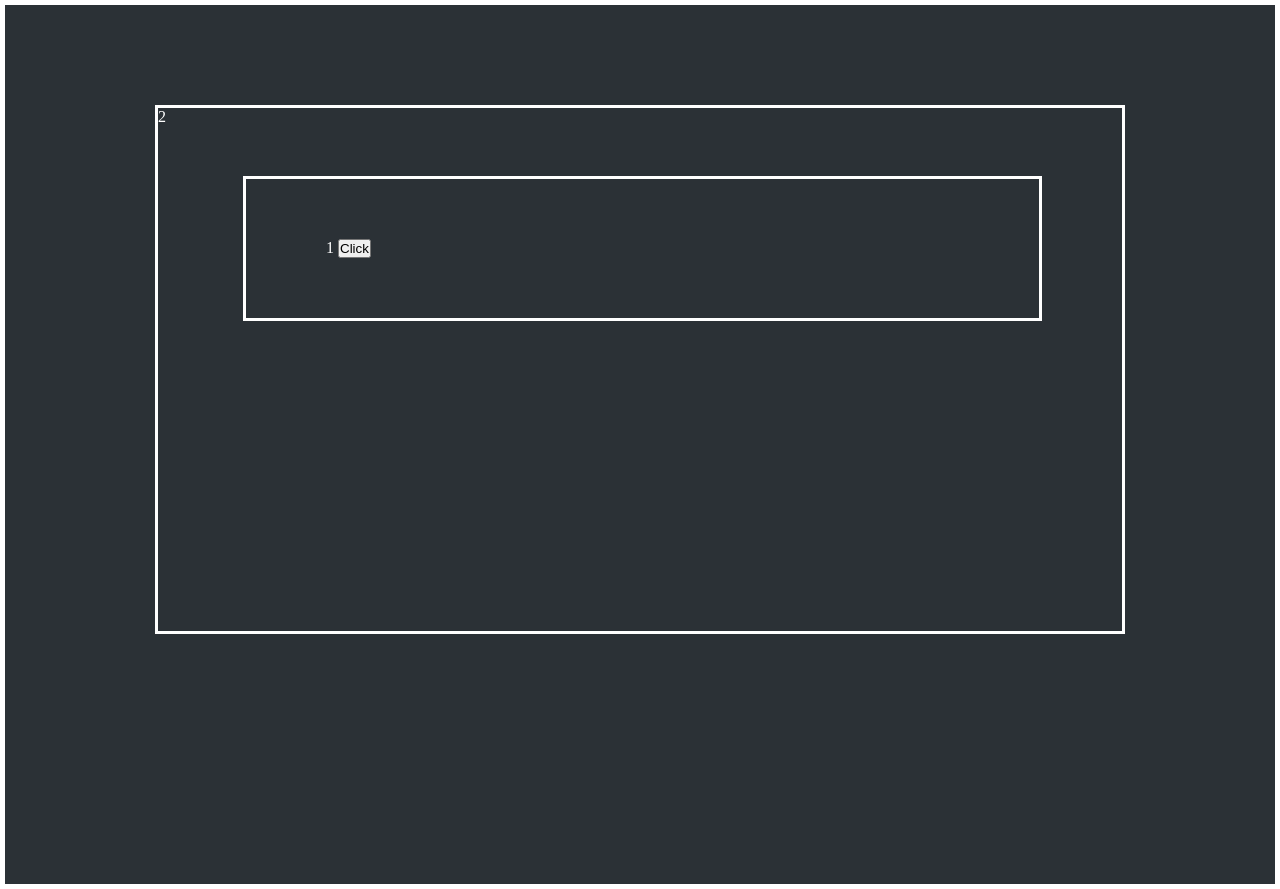
Repository: wakoya-tech/react-project
Page: Desktop/shaakala/hara/index.html
These files come from the project's save history. The page is drawn as it stood at one moment and after the next save; the edit follows.
The browser window is 1280 px wide. The pictures show the whole page.

Above is the page before, as saved 2025-08-29 16:11:36.

### Desktop/shaakala/hara/index.html
<!DOCTYPE html>
<html lang="en">
<head>
    <meta charset="UTF-8">
    <meta name="viewport" content="width=device-width, initial-scale=1.0">
    <title>Document</title>
</head>
<style>
    *{
        box-sizing: border-box;
        margin: 0;
        padding: 0;

    }
    body{
        border: 5px solid white;
        background-color: rgb(43, 49, 54);
    }
    .div2 {
        border: 3px solid white;
        margin: 100px 150px 250px 150px;
        color: white;
        padding-bottom: 60px;
    }
    .div1{
        border: 3px solid white;
        margin: 50px 80px 250px 85px;
        color: white;
        padding: 60px 80px 60px 80px;
    }

</style>
<body>

    <div class="div2">
        2
        <div class="div1">
            1
            <button>Click</button>
        </div>
    </div>
    <script src="../hara/script.js"></script>
</body>
</html>

Loaded but not shown: Desktop/shaakala/hara/script.js (no stored copy; drawn as an empty file)

After the next save:
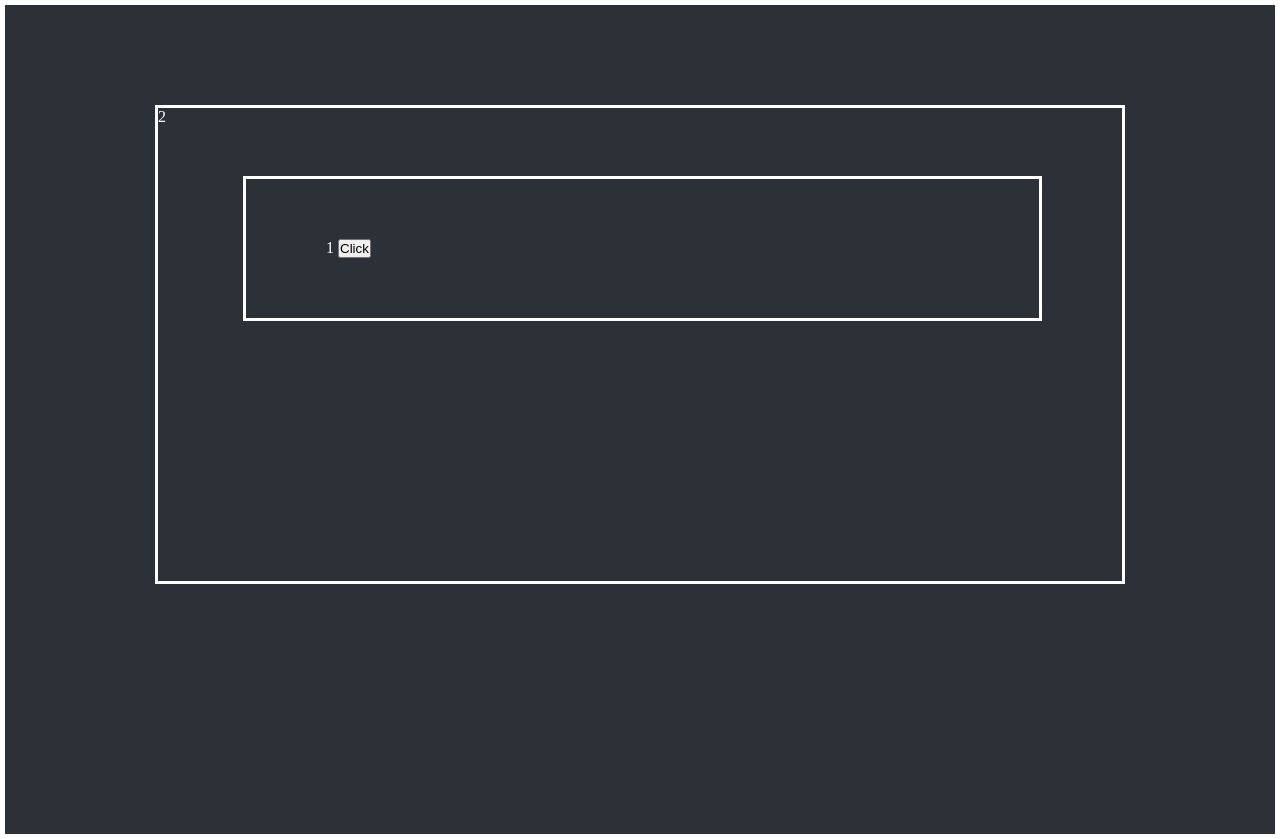
Saved 8 s later.
--- a/Desktop/shaakala/hara/index.html
+++ b/Desktop/shaakala/hara/index.html
@@ -20,7 +20,7 @@
         border: 3px solid white;
         margin: 100px 150px 250px 150px;
         color: white;
-        padding-bottom: 60px;
+        padding-bottom: 10px;
     }
     .div1{
         border: 3px solid white;
